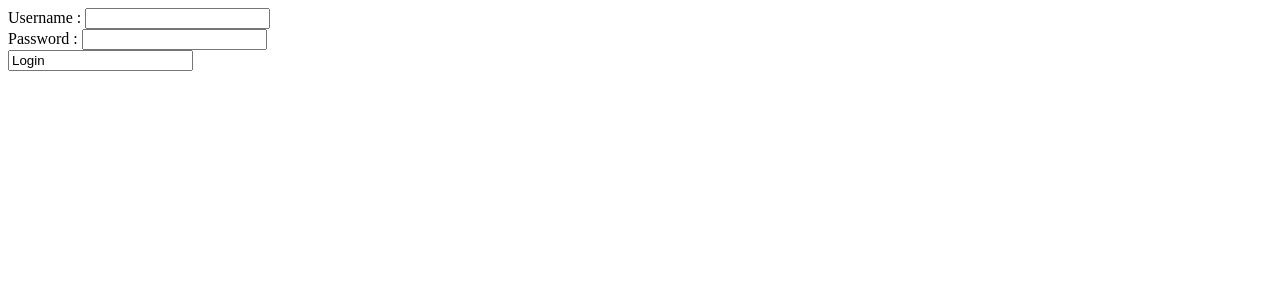
Repository: ngttuyen/JavaWeb
Page: http://localhost/Workshop4/login.jsp
The author's editor kept a copy of each file at every save. The page is drawn from the files as they stood at one save, then again after a run of saves.
The browser window is 1280 px wide. The pictures show the whole page.
The page is served by Tomcat 9. Other server files are loaded and not shown.

Above is the page before, as saved 2019-05-29 10:34:44.

### Workshop4/WebContent/login.jsp
<%@ page language="java" contentType="text/html; charset=ISO-8859-1"
    pageEncoding="ISO-8859-1"%>
<!DOCTYPE html>
<html>
<head>
<meta charset="ISO-8859-1">
<title>Insert title here</title>
</head>
<body>
	<form action="" method="post">
		<label>Username : </label><input type="text" name="username"><br>
		<label>Password : </label><input type="password" name="password"><br>
		<input type="text" value="Login"><br>





	</form>

</body>
</html>

After the next 2 saves:
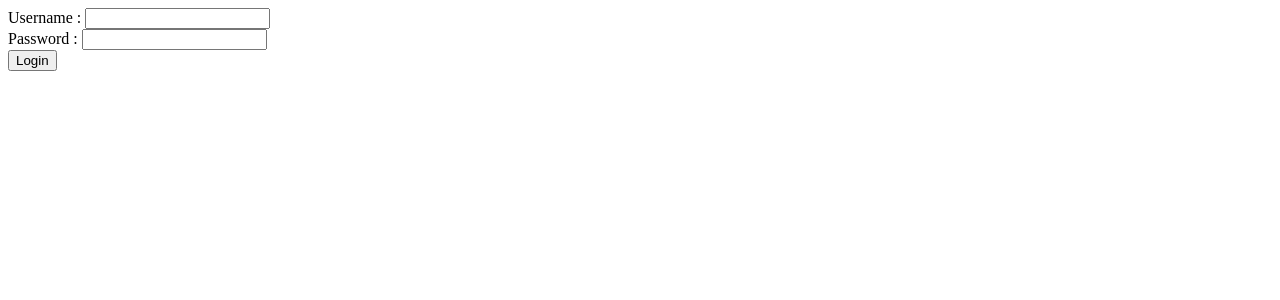
The 2 saves are shown as one change because they came seconds apart.
The last was saved 7 s later.
--- a/Workshop4/WebContent/login.jsp
+++ b/Workshop4/WebContent/login.jsp
@@ -10,13 +10,7 @@
 	<form action="" method="post">
 		<label>Username : </label><input type="text" name="username"><br>
 		<label>Password : </label><input type="password" name="password"><br>
-		<input type="text" value="Login"><br>
-
-
-
-
-
+		<input type="submit" value="Login"><br>
 	</form>
-
 </body>
 </html>
